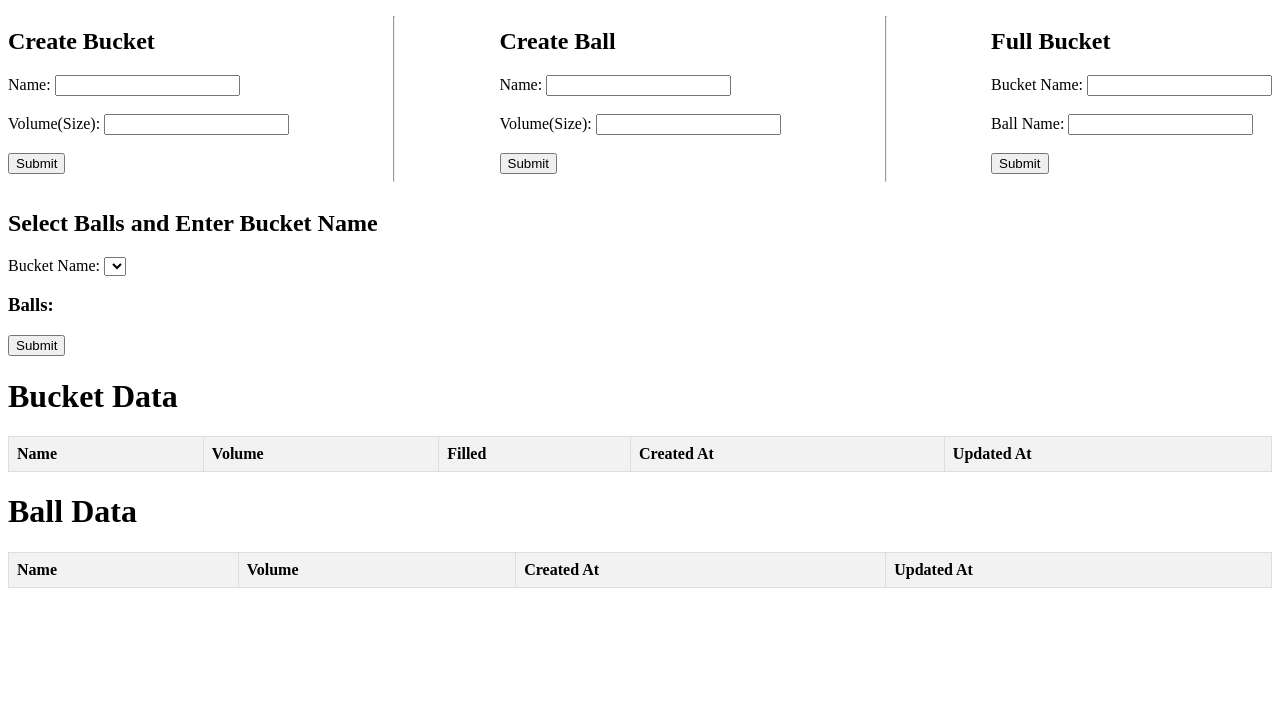
Repository: RajatPalankar8/nodejs_bucket_ball_task_new
Page: http://localhost/
These files come from the project's save history. The page is drawn as it stood at one moment and after the next save; the edit follows.
The browser window is 1280 px wide. The pictures show the whole page.
The page is served by the project's Node server (index.js). Queries for data that is not in the repository find no rows.

Above is the page before, as saved 2023-07-28 15:33:03.

After the next save:
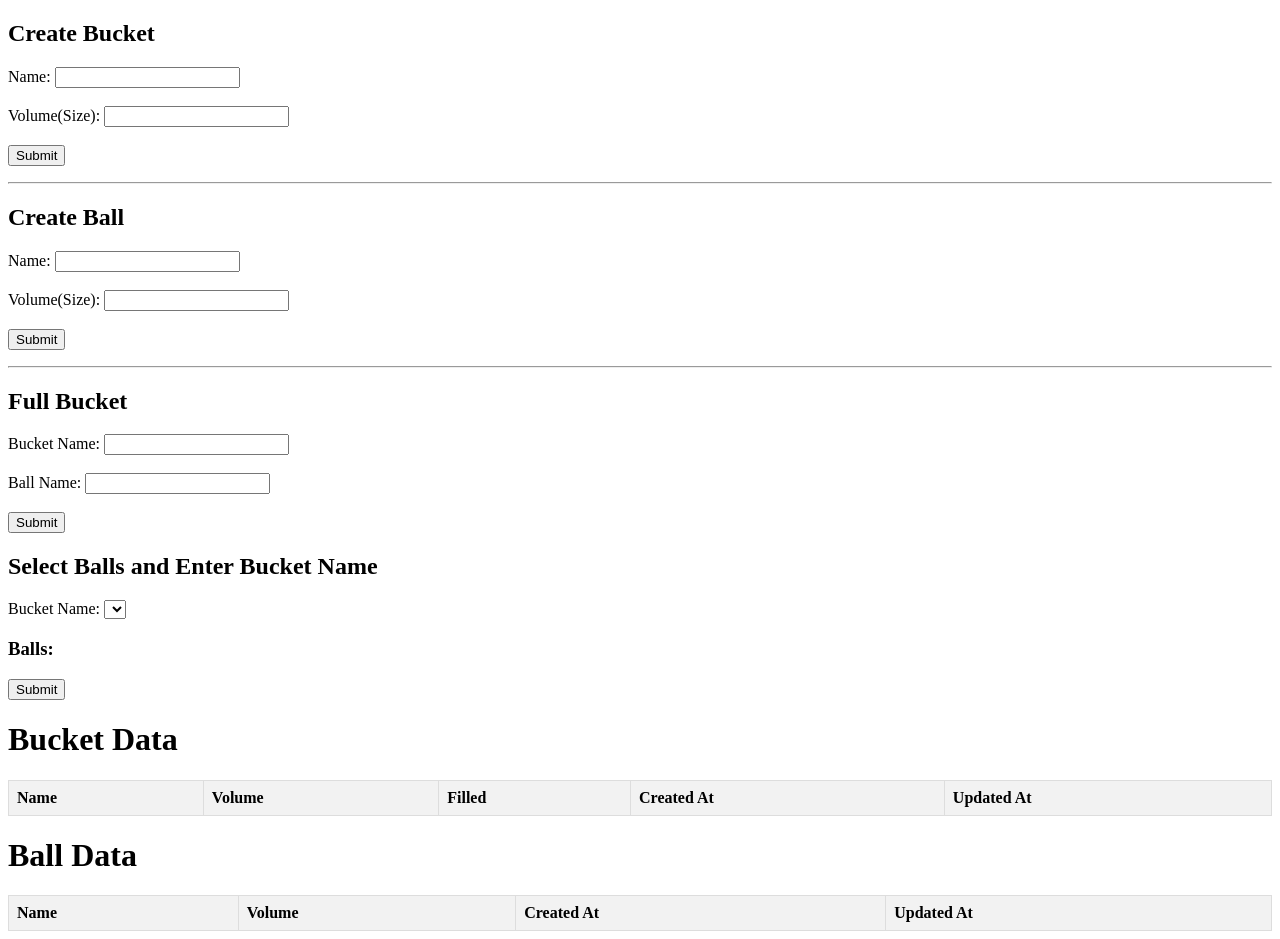
Saved 7 h 34 min later.
--- a/views/index.ejs
+++ b/views/index.ejs
@@ -23,7 +23,7 @@
 </head>
 
 <body>
-  <div style="display: flex;">
+  <div >
 
 
     <form id="form1">
